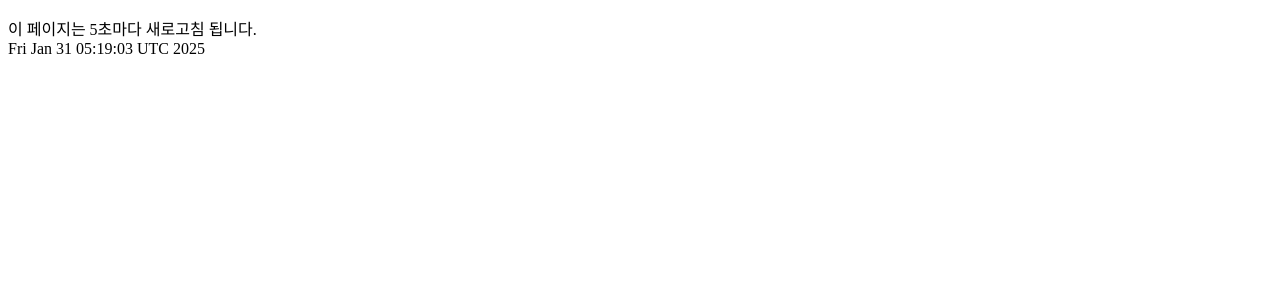
Repository: SJM7301/KH-JSP
Page: http://localhost/JSPBook/ch05/response02.jsp
An editor plug-in stored every save of this project. The page is shown before and after a run of saves, followed by the edit.
The browser window is 1280 px wide. The pictures show the whole page.
The page is served by Tomcat 10.

Above is the page before, as saved 2025-02-04 05:46:05.

After the next 2 saves:
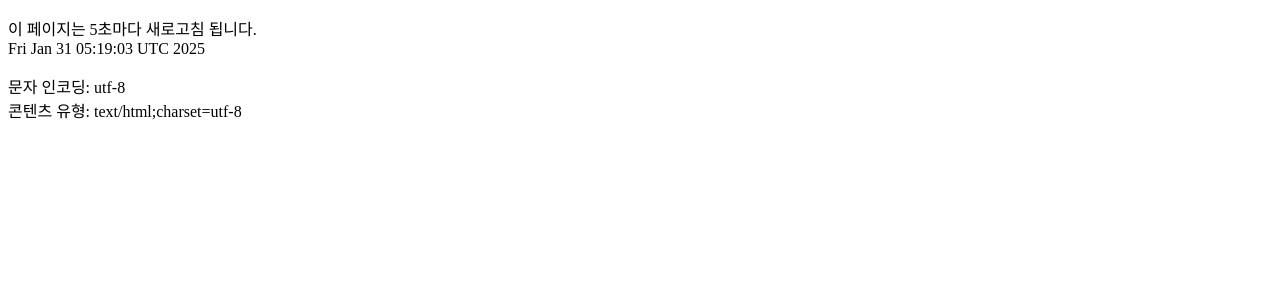
The 2 saves are shown as one change because they came seconds apart.
The last was saved 3 min 2 s later.
--- a/JSPBook/src/main/webapp/ch05/response02.jsp
+++ b/JSPBook/src/main/webapp/ch05/response02.jsp
@@ -14,7 +14,17 @@
 			response.setIntHeader("Refresh", 5);
 		%>
 
-		<%=new Date() %>
+		<%=new Date() %><br>
+	</p>
+
+	<%
+		response.setCharacterEncoding("utf-8");
+		response.setContentType("text/html; charset=utf-8");
+	%>
+
+	<p>
+		문자 인코딩: <%=response.getCharacterEncoding() %><br>
+		콘텐츠 유형: <%=response.getContentType() %>
 	</p>
 </body>
 </html>
